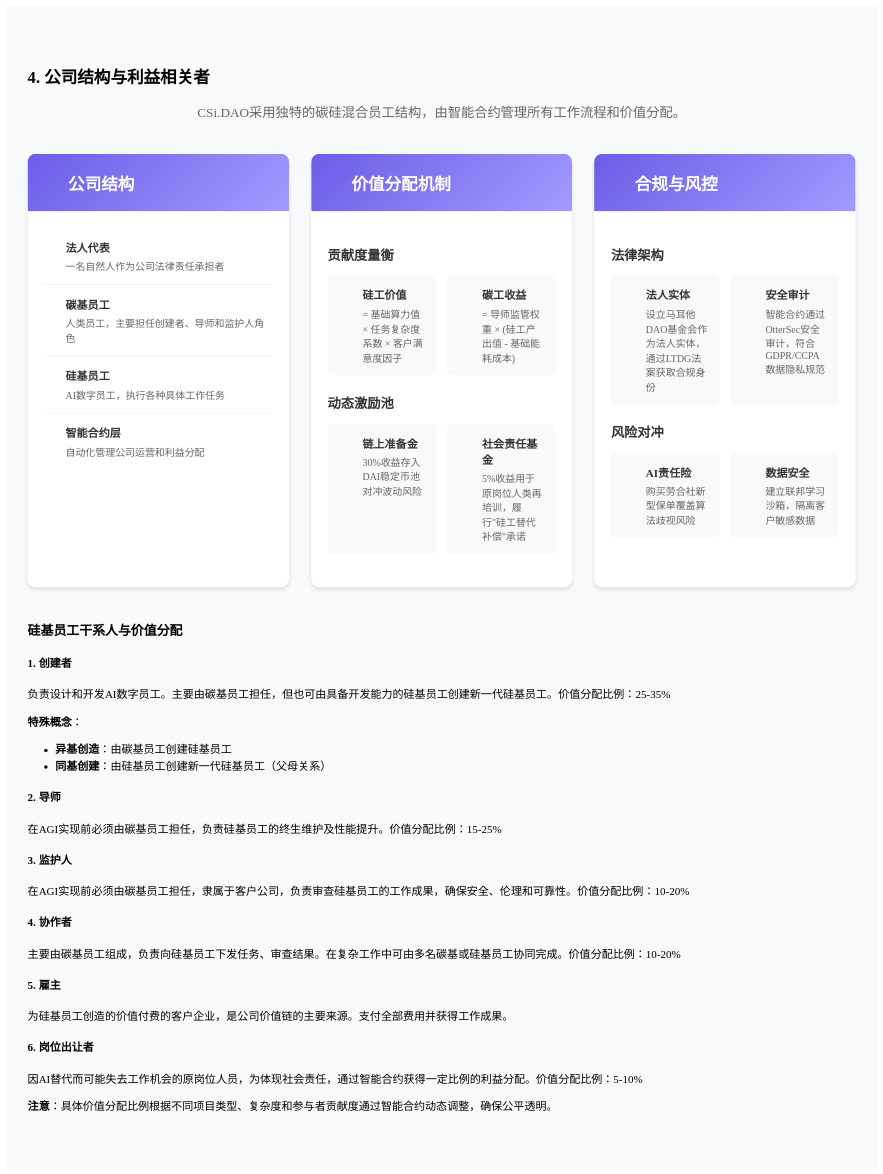
Repository: delez911/ainize
Page: static-site/src/components/structure/structure.html
These files come from the project's save history. The page is drawn as it stood at one moment and after the next save; the edit follows.
The browser window is 1280 px wide. The pictures show the whole page, at 69% of full size.
Some web fonts or font styles are not loaded; a fallback is used.

Above is the page before, as saved 2025-04-24 07:49:28.

### static-site/src/components/structure/structure.html
<link rel="stylesheet" href="./structure.css">
<section id="structure" class="section">
  <div class="section-container">
    <h2 class="section-title">4. 公司结构与利益相关者</h2>
    <div class="content">
      <p class="intro-text">CSi.DAO采用独特的碳硅混合员工结构，由智能合约管理所有工作流程和价值分配。</p>

      <div class="structure-cards">
        <div class="structure-card">
          <div class="card-header">
            <i class="icon-building"></i>
            <h3>公司结构</h3>
          </div>
          <div class="card-content">
            <ul class="structure-list">
              <li class="structure-item">
                <i class="icon-user"></i>
                <div class="item-content">
                  <strong>法人代表</strong>
                  <span>一名自然人作为公司法律责任承担者</span>
                </div>
              </li>
              <li class="structure-item">
                <i class="icon-human"></i>
                <div class="item-content">
                  <strong>碳基员工</strong>
                  <span>人类员工，主要担任创建者、导师和监护人角色</span>
                </div>
              </li>
              <li class="structure-item">
                <i class="icon-ai"></i>
                <div class="item-content">
                  <strong>硅基员工</strong>
                  <span>AI数字员工，执行各种具体工作任务</span>
                </div>
              </li>
              <li class="structure-item">
                <i class="icon-contract"></i>
                <div class="item-content">
                  <strong>智能合约层</strong>
                  <span>自动化管理公司运营和利益分配</span>
                </div>
              </li>
            </ul>
          </div>
        </div>

        <div class="structure-card">
          <div class="card-header">
            <i class="icon-value"></i>
            <h3>价值分配机制</h3>
          </div>
          <div class="card-content">
            <div class="value-distribution">
              <div class="metric-section">
                <h4>贡献度量衡</h4>
                <div class="metric-cards">
                  <div class="metric-card">
                    <i class="icon-calculator"></i>
                    <div class="metric-content">
                      <strong>硅工价值</strong>
                      <p>= 基础算力值 × 任务复杂度系数 × 客户满意度因子</p>
                    </div>
                  </div>
                  <div class="metric-card">
                    <i class="icon-profit"></i>
                    <div class="metric-content">
                      <strong>碳工收益</strong>
                      <p>= 导师监管权重 × (硅工产出值 - 基础能耗成本)</p>
                    </div>
                  </div>
                </div>
              </div>

              <div class="incentive-section">
                <h4>动态激励池</h4>
                <div class="incentive-cards">
                  <div class="incentive-card">
                    <i class="icon-reserve"></i>
                    <div class="incentive-content">
                      <strong>链上准备金</strong>
                      <p>30%收益存入DAI稳定币池对冲波动风险</p>
                    </div>
                  </div>
                  <div class="incentive-card">
                    <i class="icon-fund"></i>
                    <div class="incentive-content">
                      <strong>社会责任基金</strong>
                      <p>5%收益用于原岗位人类再培训，履行"硅工替代补偿"承诺</p>
                    </div>
                  </div>
                </div>
              </div>
            </div>
          </div>
        </div>

        <div class="structure-card">
          <div class="card-header">
            <i class="icon-shield"></i>
            <h3>合规与风控</h3>
          </div>
          <div class="card-content">
            <div class="compliance">
              <div class="compliance-section">
                <h4>法律架构</h4>
                <div class="compliance-cards">
                  <div class="compliance-card">
                    <i class="icon-legal"></i>
                    <div class="compliance-content">
                      <strong>法人实体</strong>
                      <p>设立马耳他DAO基金会作为法人实体，通过LTDG法案获取合规身份</p>
                    </div>
                  </div>
                  <div class="compliance-card">
                    <i class="icon-audit"></i>
                    <div class="compliance-content">
                      <strong>安全审计</strong>
                      <p>智能合约通过OtterSec安全审计，符合GDPR/CCPA数据隐私规范</p>
                    </div>
                  </div>
                </div>
              </div>

              <div class="risk-section">
                <h4>风险对冲</h4>
                <div class="risk-cards">
                  <div class="risk-card">
                    <i class="icon-insurance"></i>
                    <div class="risk-content">
                      <strong>AI责任险</strong>
                      <p>购买劳合社新型保单覆盖算法歧视风险</p>
                    </div>
                  </div>
                  <div class="risk-card">
                    <i class="icon-security"></i>
                    <div class="risk-content">
                      <strong>数据安全</strong>
                      <p>建立联邦学习沙箱，隔离客户敏感数据</p>
                    </div>
                  </div>
                </div>
              </div>
            </div>
          </div>
        </div>
      </div>

      <h3>硅基员工干系人与价值分配</h3>

      <div class="stakeholder carbon">
        <h4>1. 创建者</h4>
        <p>负责设计和开发AI数字员工。主要由碳基员工担任，但也可由具备开发能力的硅基员工创建新一代硅基员工。价值分配比例：25-35%</p>
        <p><strong>特殊概念</strong>：</p>
        <ul>
          <li><strong>异基创造</strong>：由碳基员工创建硅基员工</li>
          <li><strong>同基创建</strong>：由硅基员工创建新一代硅基员工（父母关系）</li>
        </ul>
      </div>

      <div class="stakeholder carbon">
        <h4>2. 导师</h4>
        <p>在AGI实现前必须由碳基员工担任，负责硅基员工的终生维护及性能提升。价值分配比例：15-25%</p>
      </div>

      <div class="stakeholder carbon">
        <h4>3. 监护人</h4>
        <p>在AGI实现前必须由碳基员工担任，隶属于客户公司，负责审查硅基员工的工作成果，确保安全、伦理和可靠性。价值分配比例：10-20%</p>
      </div>

      <div class="stakeholder carbon">
        <h4>4. 协作者</h4>
        <p>主要由碳基员工组成，负责向硅基员工下发任务、审查结果。在复杂工作中可由多名碳基或硅基员工协同完成。价值分配比例：10-20%</p>
      </div>

      <div class="stakeholder">
        <h4>5. 雇主</h4>
        <p>为硅基员工创造的价值付费的客户企业，是公司价值链的主要来源。支付全部费用并获得工作成果。</p>
      </div>

      <div class="stakeholder">
        <h4>6. 岗位出让者</h4>
        <p>因AI替代而可能失去工作机会的原岗位人员，为体现社会责任，通过智能合约获得一定比例的利益分配。价值分配比例：5-10%</p>
      </div>

      <div class="highlight">
        <p><strong>注意</strong>：具体价值分配比例根据不同项目类型、复杂度和参与者贡献度通过智能合约动态调整，确保公平透明。</p>
      </div>
    </div>
  </div>
</section>

### static-site/src/components/structure/structure.css
/* Structure Section Styles */
.section {
  padding: 4rem 0;
  background-color: #f8f9fa;
}

.section-container {
  max-width: 1200px;
  margin: 0 auto;
  padding: 0 2rem;
}

.intro-text {
  font-size: 1.2rem;
  color: #666;
  margin-bottom: 3rem;
  text-align: center;
}

/* Structure Cards Layout */
.structure-cards {
  display: grid;
  grid-template-columns: repeat(auto-fit, minmax(300px, 1fr));
  gap: 2rem;
  margin-bottom: 3rem;
}

.structure-card {
  background: white;
  border-radius: 12px;
  box-shadow: 0 4px 6px rgba(0, 0, 0, 0.1);
  overflow: hidden;
  transition: transform 0.3s ease;
}

.structure-card:hover {
  transform: translateY(-5px);
}

.card-header {
  background: linear-gradient(135deg, #6c5ce7, #a29bfe);
  color: white;
  padding: 1.5rem;
  display: flex;
  align-items: center;
  gap: 1rem;
}

.card-header i {
  font-size: 1.5rem;
}

.card-header h3 {
  margin: 0;
  font-size: 1.5rem;
}

.card-content {
  padding: 1.5rem;
}

/* Structure List Styles */
.structure-list {
  list-style: none;
  padding: 0;
  margin: 0;
}

.structure-item {
  display: flex;
  align-items: flex-start;
  gap: 1rem;
  padding: 1rem 0;
  border-bottom: 1px solid #eee;
}

.structure-item:last-child {
  border-bottom: none;
}

.structure-item i {
  color: #6c5ce7;
  font-size: 1.2rem;
  margin-top: 0.2rem;
}

.item-content {
  flex: 1;
}

.item-content strong {
  display: block;
  color: #333;
  margin-bottom: 0.3rem;
}

.item-content span {
  color: #666;
  font-size: 0.9rem;
}

/* Value Distribution Styles */
.metric-section,
.incentive-section {
  margin-bottom: 1.5rem;
}

.metric-section h4,
.incentive-section h4 {
  color: #333;
  margin-bottom: 1rem;
  font-size: 1.2rem;
}

.metric-cards,
.incentive-cards {
  display: grid;
  grid-template-columns: 1fr;
  gap: 1rem;
}

.metric-card,
.incentive-card {
  background: #f8f9fa;
  padding: 1rem;
  border-radius: 8px;
  display: flex;
  align-items: flex-start;
  gap: 1rem;
}

.metric-card i,
.incentive-card i {
  color: #6c5ce7;
  font-size: 1.5rem;
}

.metric-content,
.incentive-content {
  flex: 1;
}

.metric-content strong,
.incentive-content strong {
  display: block;
  color: #333;
  margin-bottom: 0.3rem;
}

.metric-content p,
.incentive-content p {
  color: #666;
  margin: 0;
  font-size: 0.9rem;
}

/* Compliance and Risk Styles */
.compliance-section,
.risk-section {
  margin-bottom: 1.5rem;
}

.compliance-section h4,
.risk-section h4 {
  color: #333;
  margin-bottom: 1rem;
  font-size: 1.2rem;
}

.compliance-cards,
.risk-cards {
  display: grid;
  grid-template-columns: 1fr;
  gap: 1rem;
}

.compliance-card,
.risk-card {
  background: #f8f9fa;
  padding: 1rem;
  border-radius: 8px;
  display: flex;
  align-items: flex-start;
  gap: 1rem;
}

.compliance-card i,
.risk-card i {
  color: #6c5ce7;
  font-size: 1.5rem;
}

.compliance-content,
.risk-content {
  flex: 1;
}

.compliance-content strong,
.risk-content strong {
  display: block;
  color: #333;
  margin-bottom: 0.3rem;
}

.compliance-content p,
.risk-content p {
  color: #666;
  margin: 0;
  font-size: 0.9rem;
}

/* Responsive Design */
@media (min-width: 768px) {
  .metric-cards,
  .incentive-cards,
  .compliance-cards,
  .risk-cards {
    grid-template-columns: repeat(2, 1fr);
  }
}

/* Icons */
@font-face {
  font-family: 'Icons';
  src: url('path-to-your-icons-font.woff2') format('woff2');
}

.icon-building:before { content: '\e900'; }
.icon-user:before { content: '\e901'; }
.icon-human:before { content: '\e902'; }
.icon-ai:before { content: '\e903'; }
.icon-contract:before { content: '\e904'; }
.icon-value:before { content: '\e905'; }
.icon-calculator:before { content: '\e906'; }
.icon-profit:before { content: '\e907'; }
.icon-reserve:before { content: '\e908'; }
.icon-fund:before { content: '\e909'; }
.icon-shield:before { content: '\e90a'; }
.icon-legal:before { content: '\e90b'; }
.icon-audit:before { content: '\e90c'; }
.icon-insurance:before { content: '\e90d'; }
.icon-security:before { content: '\e90e'; }

[class^="icon-"]:before,
[class*=" icon-"]:before {
  font-family: 'Icons';
  speak: never;
  font-style: normal;
  font-weight: normal;
  font-variant: normal;
  text-transform: none;
  line-height: 1;
  -webkit-font-smoothing: antialiased;
  -moz-osx-font-smoothing: grayscale;
}

After the next save:
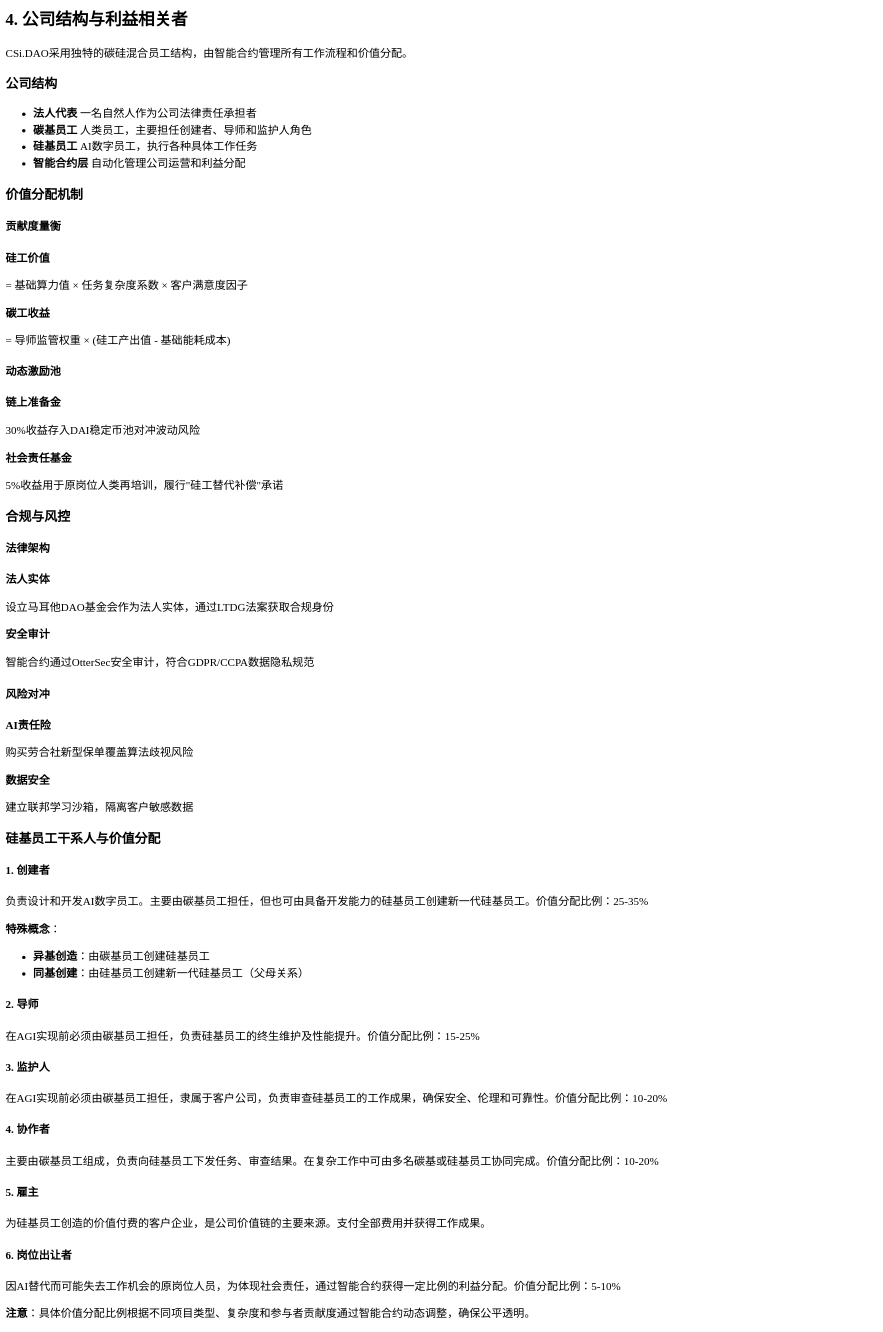
Saved 28 s later.
--- a/static-site/src/components/structure/structure.html
+++ b/static-site/src/components/structure/structure.html
@@ -1,4 +1,3 @@
-<link rel="stylesheet" href="./structure.css">
 <section id="structure" class="section">
   <div class="section-container">
     <h2 class="section-title">4. 公司结构与利益相关者</h2>
